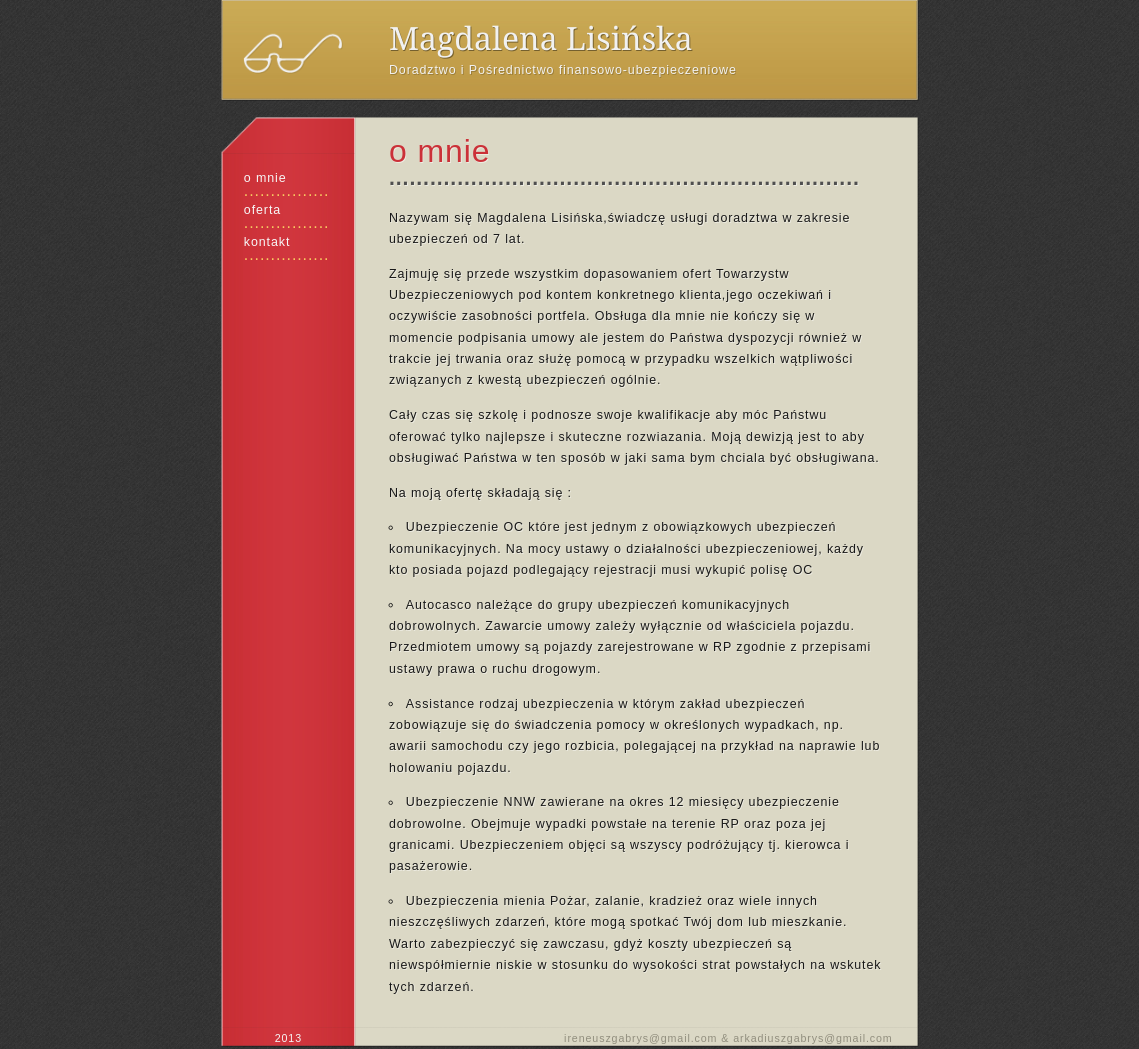
Repository: gabr/php_elicpse_workspace
Page: Magda Lisinska/index.html
An editor plug-in stored every save of this project. The page is shown before and after the next save, followed by the edit.
The browser window is 1280 px wide. The pictures show the whole page, at 89% of full size.

Above is the page before, as saved 2013-03-08 13:38:34.

After the next save:
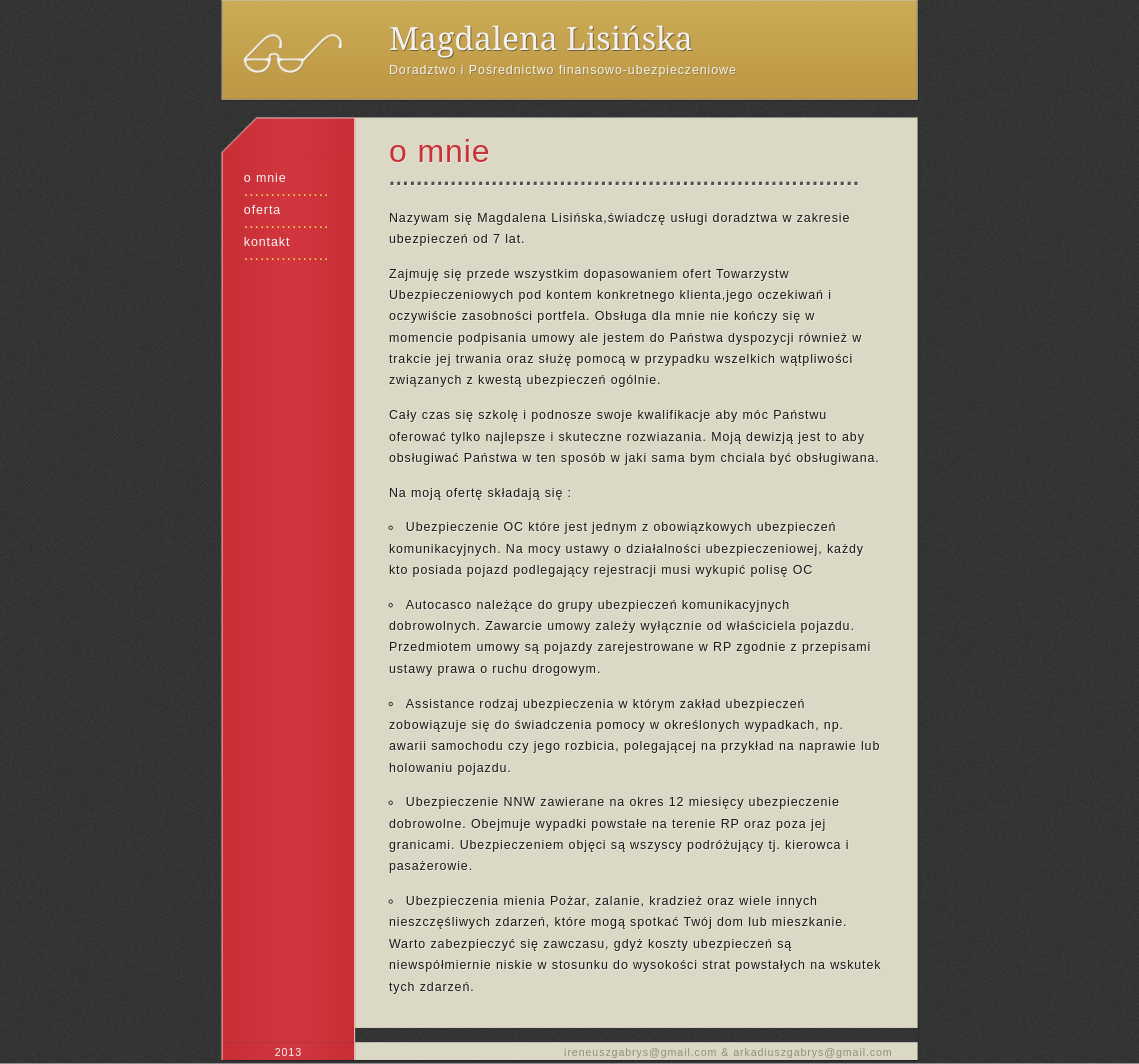
Saved 5 s later.
--- a/Magda Lisinska/index.html
+++ b/Magda Lisinska/index.html
@@ -36,7 +36,7 @@
     <!-- menu -->
     <div id="menu">
       <div id="menu-head"></div>
-      <div id="menu-body" style="height: 983px">
+      <div id="menu-body" style="height: 999px">
         <div id="menu-margin"></div>
         <ul>
           <li><a href="#">o mnie</a></li>
